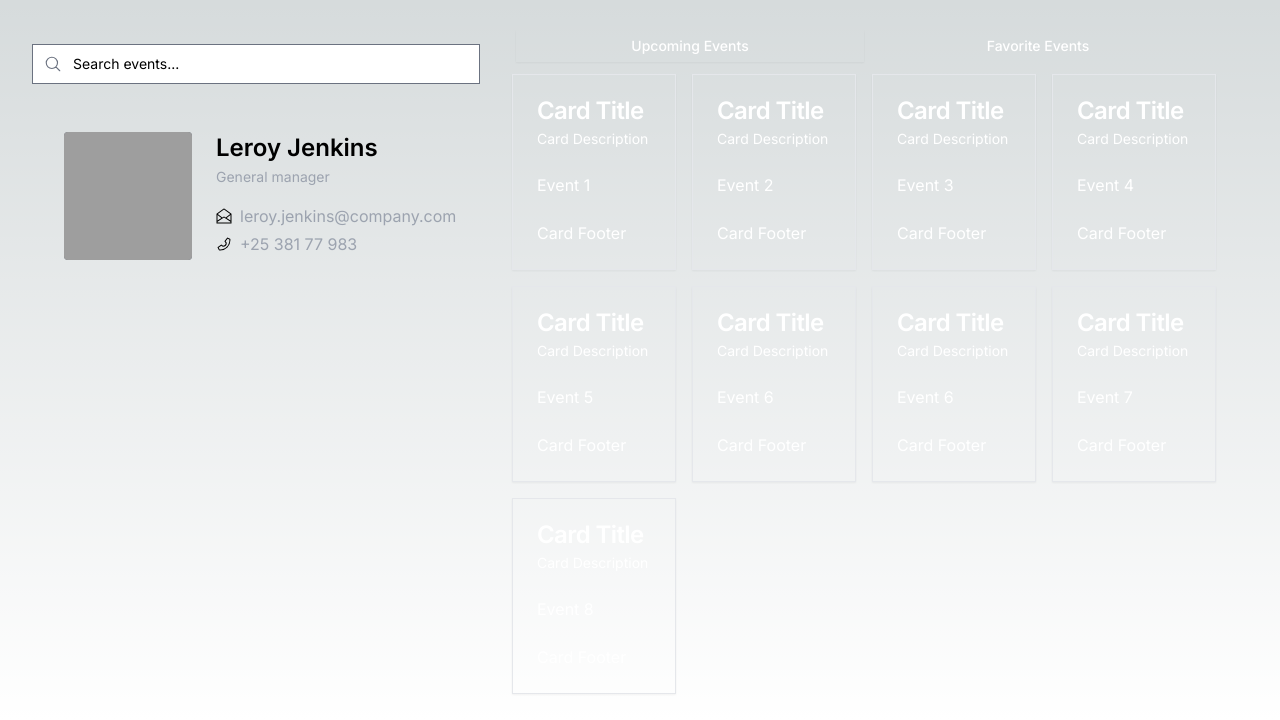
Repository: loktioncode/events-app
Page: /
The author's editor kept a copy of each file at every save. The page is drawn from the files as they stood at one save, then again after the next save.
The browser window is 1280 px wide. The pictures show the whole page.
Pictures or frames that could not be fetched are drawn as grey boxes. The project was rebuilt for these pictures with package versions that can differ from the ones it lists, and the page was loaded fresh each time. The framework's server and built-in components were replaced by stand-ins that run in the browser. Also part of the build but not shown: next.config.js, components/favouriteEvents.tsx.

Above is the page before, as saved 2023-11-30 21:18:36.

After the next save:
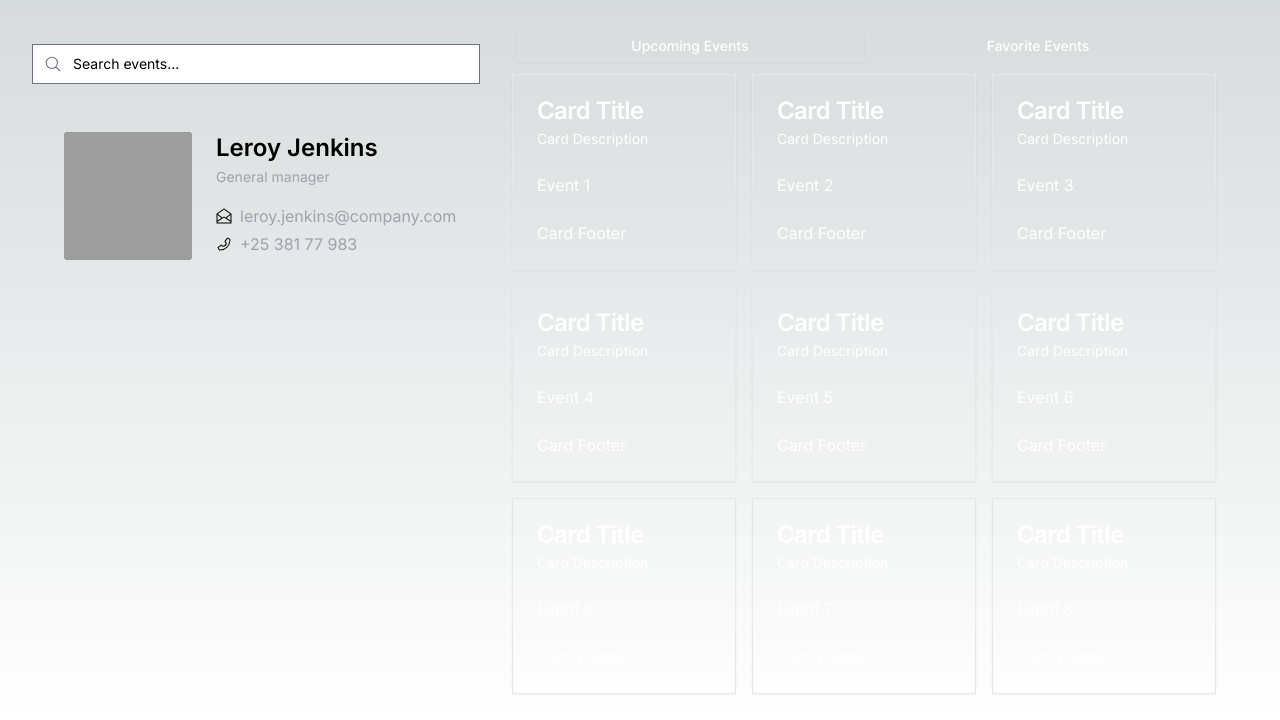
Saved 22 min 32 s later.
--- a/components/allEvents.tsx
+++ b/components/allEvents.tsx
@@ -13,7 +13,7 @@ export default function AllEvents() {
 
 
     return (
-        <div className="grid grid-cols-4 gap-4">
+        <div className="grid grid-cols-3 gap-4">
             {
                 [1, 2, 3, 4, 5, 6, 6, 7, 8].map((event) => (
 
